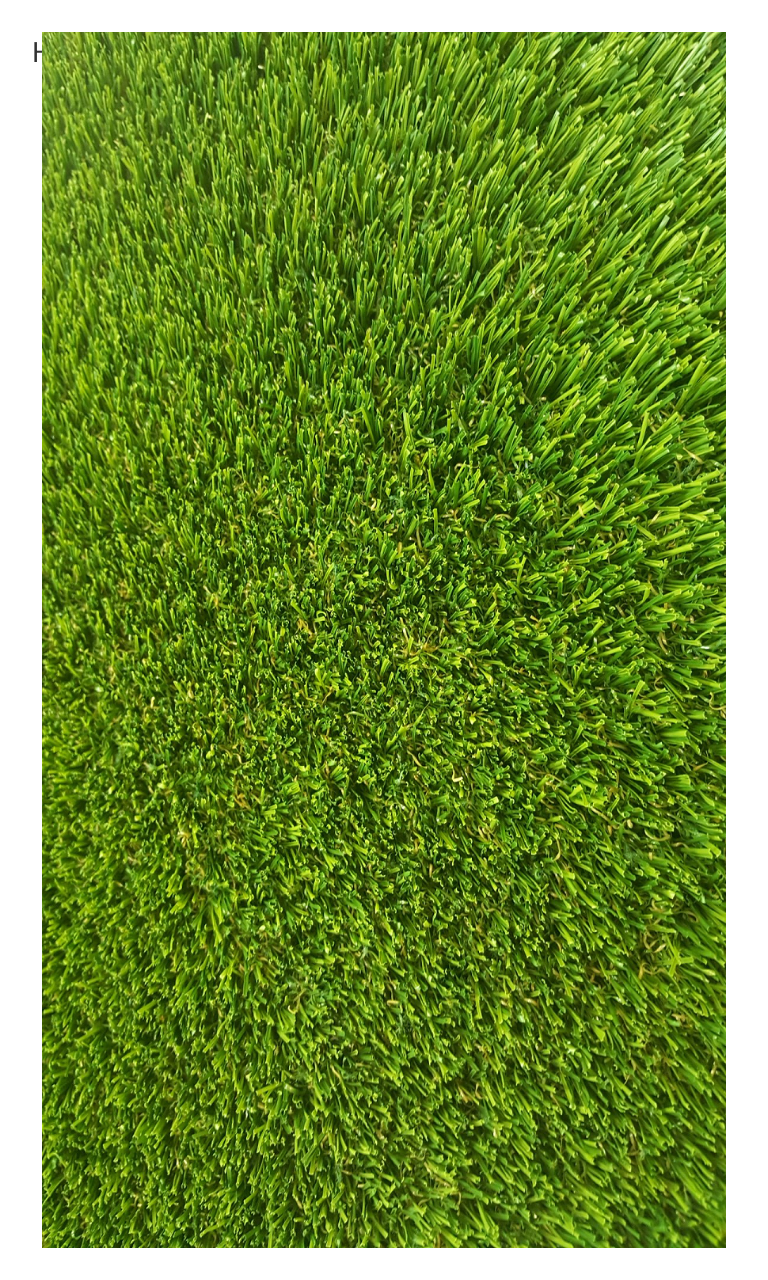
Repository: Mofman416/Portfolio
Layout: Unfinished Code/Java/Mobile App/WAMMerge/res/layout/activity_main.xml
These files come from the project's save history. The layout is drawn as it stood at one moment and after the next save; the edit follows.
It is drawn on a 768 x 1280 px phone screen (xhdpi) without system bars, with theme AppTheme; the app's code is not run.

Above is the layout before, as saved 2019-05-03 15:19:53.

### Unfinished Code/Java/Mobile App/WAMMerge/res/layout/activity_main.xml
<RelativeLayout xmlns:android="http://schemas.android.com/apk/res/android"
    xmlns:tools="http://schemas.android.com/tools"
    android:layout_width="match_parent"
    android:layout_height="match_parent"
    android:paddingBottom="@dimen/activity_vertical_margin"
    android:paddingLeft="@dimen/activity_horizontal_margin"
    android:paddingRight="@dimen/activity_horizontal_margin"
    android:paddingTop="@dimen/activity_vertical_margin"
    tools:context=".MainActivity" >

    <TextView
        android:id="@+id/textView1"
        android:layout_width="wrap_content"
        android:layout_height="wrap_content"
        android:text="@string/hello_world" />

    <ImageView
        android:id="@+id/imageView1"
        android:layout_width="wrap_content"
        android:layout_height="wrap_content"
        android:src="@drawable/grass"
        android:scaleType="centerInside" />

</RelativeLayout>

### Unfinished Code/Java/Mobile App/WAMMerge/res/values/strings.xml
<?xml version="1.0" encoding="utf-8"?>
<resources>

    <string name="app_name">WAMMerge</string>
    <string name="action_settings">Settings</string>
    <string name="hello_world">Hello world!</string>

</resources>

Loaded but not shown: Unfinished Code/Java/Mobile App/WAMMerge/res/values/styles.xml (common file); Unfinished Code/Java/Mobile App/WAMMerge/res/values-v11/styles.xml (common file); Unfinished Code/Java/Mobile App/WAMMerge/res/values-v14/styles.xml (common file); Unfinished Code/Java/Mobile App/WAMMerge/res/values/dimens.xml (common file)

After the next save:
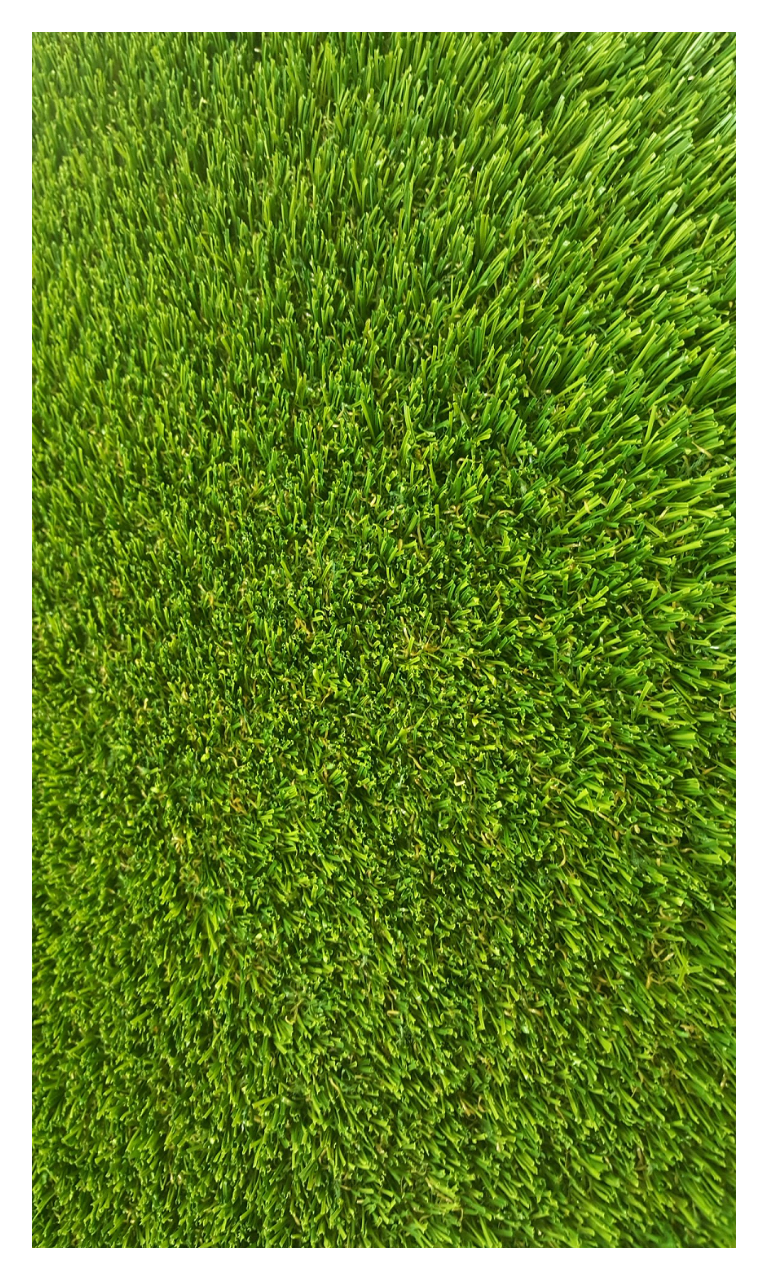
Saved 110 s later.
--- a/Unfinished Code/Java/Mobile App/WAMMerge/res/layout/activity_main.xml
+++ b/Unfinished Code/Java/Mobile App/WAMMerge/res/layout/activity_main.xml
@@ -19,6 +19,6 @@
         android:layout_width="wrap_content"
         android:layout_height="wrap_content"
         android:src="@drawable/grass"
-        android:scaleType="centerInside" />
+        android:scaleType="centerCrop" />
 
 </RelativeLayout>
